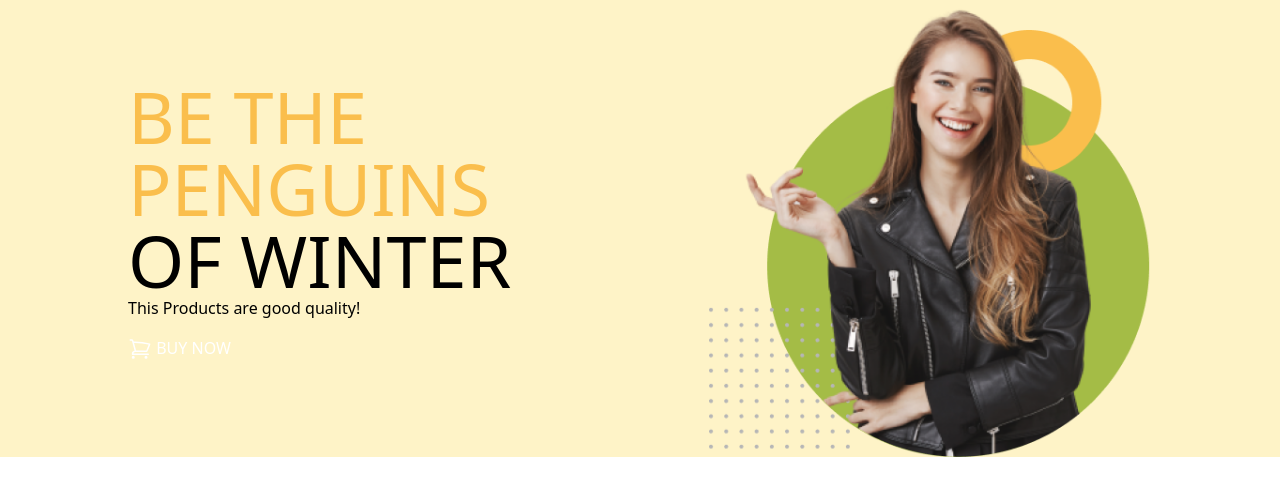
Repository: SyeadaSakina/Penguins-fashion
Page: index.html
The author's editor kept a copy of each file at every save. The page is drawn from the files as they stood at one save, then again after the next save.
The browser window is 1280 px wide. The pictures show the whole page.
Some web libraries are served in a nearby version.

Above is the page before, as saved 2023-07-21 23:00:22.

### index.html
<!DOCTYPE html>
<html lang="en">

<head>
    <meta charset="UTF-8">
    <meta name="viewport" content="width=device-width, initial-scale=1.0">
    <title>Penguin Fashion</title>
    <script src="https://cdn.tailwindcss.com"></script>
</head>

<body>
    <header class="bg-amber-100 px-32">
        <!-- nav section -->
        <nav>

        </nav>

        <!-- banner section -->
        <div class="flex justify-between items-center">
            <div>
                <h1 class="text-7xl uppercase"> <span class="text-[#FABE4C]">Be the Penguins</span>
                    <br> of Winter
                </h1>
                <p>
                    This Products are good quality!
                </p>
                <button
                    class="py-4 px-9bg-gradient-to-r from-cyan-500 to-blue-500 rounded-xl uppercase text-white font-medium">
                    <svg xmlns="http://www.w3.org/2000/svg" fill="none" viewBox="0 0 24 24" stroke-width="1.5"
                        stroke="currentColor" class="w-6 h-6 inline">
                        <path stroke-linecap="round" stroke-linejoin="round"
                            d="M2.25 3h1.386c.51 0 .955.343 1.087.835l.383 1.437M7.5 14.25a3 3 0 00-3 3h15.75m-12.75-3h11.218c1.121-2.3 2.1-4.684 2.924-7.138a60.114 60.114 0 00-16.536-1.84M7.5 14.25L5.106 5.272M6 20.25a.75.75 0 11-1.5 0 .75.75 0 011.5 0zm12.75 0a.75.75 0 11-1.5 0 .75.75 0 011.5 0z" />
                    </svg>
                    Buy Now</button>
            </div>
            <div>
                <img src="images/model.png" alt="Image of a model">
            </div>
        </div>

    </header>
    <main>

    </main>
    <footer>

    </footer>
</body>

</html>

After the next save:
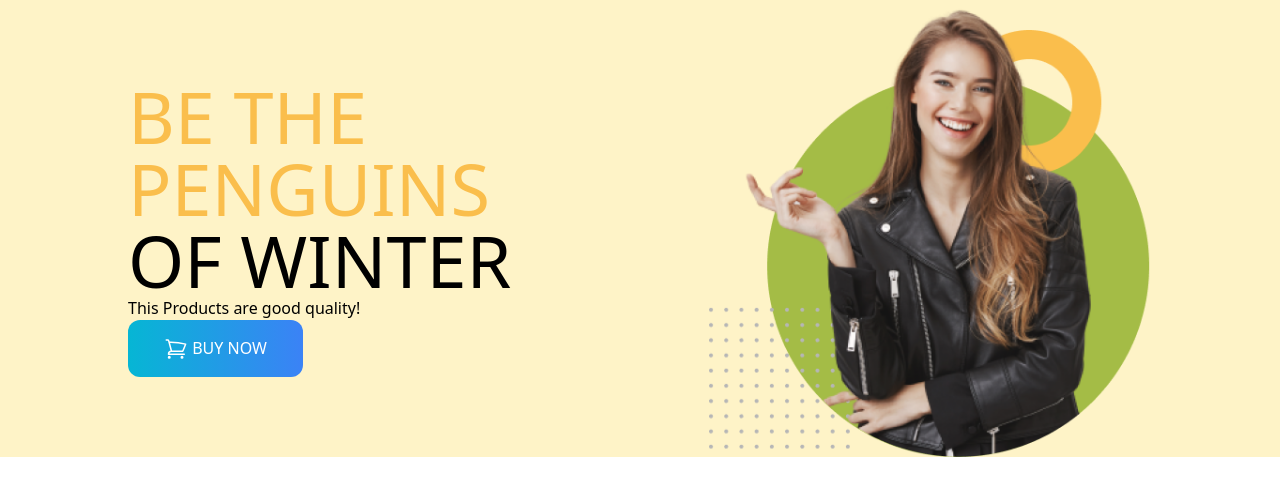
Saved 66 min 5 s later.
--- a/index.html
+++ b/index.html
@@ -25,7 +25,7 @@
                     This Products are good quality!
                 </p>
                 <button
-                    class="py-4 px-9bg-gradient-to-r from-cyan-500 to-blue-500 rounded-xl uppercase text-white font-medium">
+                    class="py-4 px-9 bg-gradient-to-r from-cyan-500 to-blue-500 rounded-xl uppercase text-white font-medium">
                     <svg xmlns="http://www.w3.org/2000/svg" fill="none" viewBox="0 0 24 24" stroke-width="1.5"
                         stroke="currentColor" class="w-6 h-6 inline">
                         <path stroke-linecap="round" stroke-linejoin="round"
